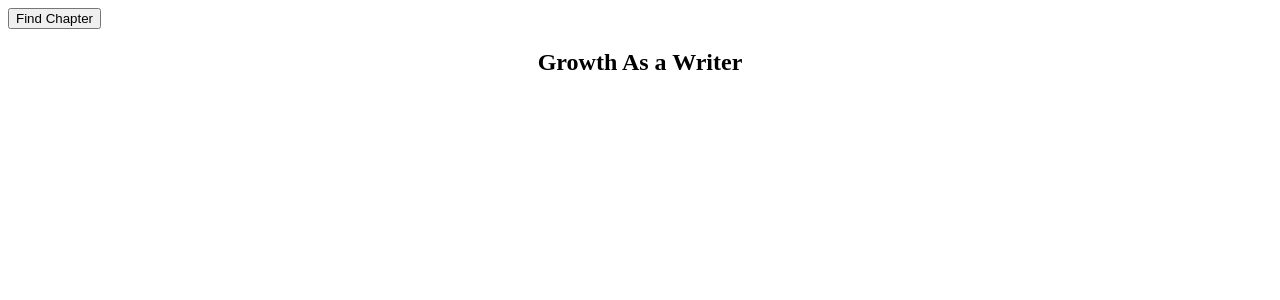
Repository: jpaisiem/WP-4
Page: index.html
An editor plug-in stored every save of this project. The page is shown before and after the next save, followed by the edit.
The browser window is 1280 px wide. The pictures show the whole page.

Above is the page before, as saved 2025-04-29 11:48:19.

After the next save:
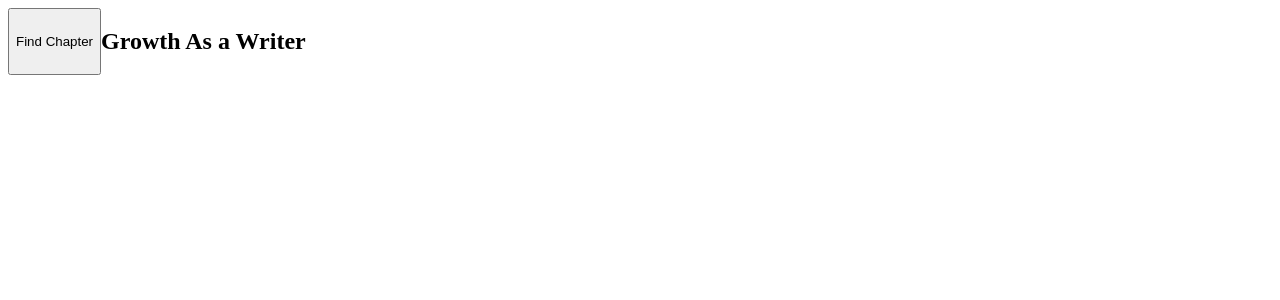
Saved 13 s later.
--- a/index.html
+++ b/index.html
@@ -66,7 +66,7 @@
 
 
 
-<div class="popup" onclick="myFunction()" style=" text-align: left; display: flex; flex-direction: row;"><button>Find Chapter</button>
+<div class="popup" onclick="myFunction()" style=" text-align: left; display: flex; flex-direction: row;"><button>Find Chapter</button><h2>Growth As a Writer</h2>
   <span class="popuptext" id="myPopup"> <table>
     <tr>
       <td><a href="#">Chapter 1</a></td>
@@ -80,7 +80,7 @@
     </tr>
   </table></span>
 </div>
-<h2>Growth As a Writer</h2>
+
 <script>
 // When the user clicks on div, open the popup
 function myFunction() {
